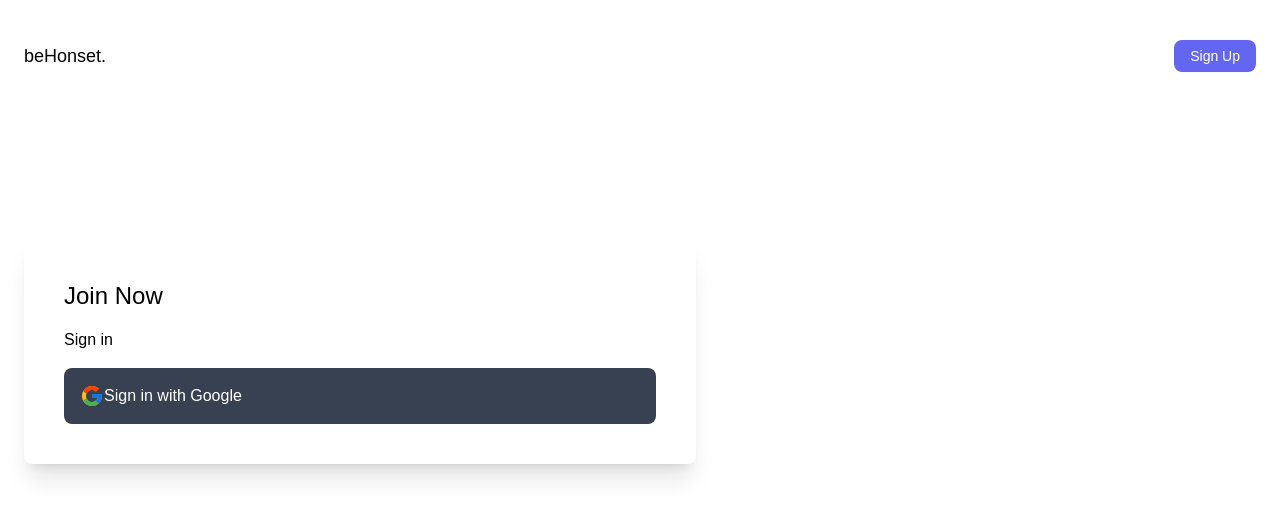
Repository: aidenfine/be-honset
Page: /login
An editor plug-in stored every save of this project. The page is shown before and after the next save, followed by the edit.
The browser window is 1280 px wide. The pictures show the whole page.
The page's requests for data from a server got no answer. The project was rebuilt for these pictures with package versions that can differ from the ones it lists, and the page was loaded fresh each time. The framework's server and built-in components were replaced by stand-ins that run in the browser. No one was signed in, and anything a server would have sent is missing. Also part of the build but not shown: next.config.js.

Above is the page before, as saved 2022-10-26 20:11:08.

### pages/_app.js
import '../styles/globals.css'
import Layout from '../components/layout'

function MyApp({ Component, pageProps }) {
  return(
    <Layout>
      <Component {...pageProps} />
    </Layout>

  )
}

export default MyApp

### pages/login.js
import { FcGoogle } from "react-icons/fc"
import { signInWithPopup, GoogleAuthProvider} from "firebase/auth"
import { auth } from "../utils/firebase";
import {useRouter} from "next/router"
import { useAuthState } from 'react-firebase-hooks/auth'
import { useEffect } from "react";






export default function Login(){
    const route = useRouter();
    const [user, loading] = useAuthState(auth);

    // Google Sign in

    const googleProvider = new GoogleAuthProvider();
    const GoogleLogin = async () => {
        try {
            const result = await signInWithPopup(auth, googleProvider)
            route.push("/")
            console.log("logged in")
        } catch (error) {
            console.log(error)

        }
    }

    useEffect(()=>{
        if(user){
            route.push('/');
        }else{
            console.log("login")
        }

    }, [user]);
    return(
        <div className="justify-center items-center shadow-xl md:max-w-2xl mt-32 p-10 text-black rounded-lg bg-white">
            <h2 className="text-2xl font-medium">Join Now</h2>
            <div>
                <h3 className="py-4">Sign in</h3>
                <button onClick={GoogleLogin} className="text-white bg-gray-700 w-full font font-medium rounded-lg flex align-middle p-4">
                    <FcGoogle className="text-2xl"/>
                    Sign in with Google
                </button>
            </div>
        </div>

    )
}

### styles/globals.css
@tailwind base;
@tailwind components;
@tailwind utilities;


* {
  font-family: 'Montserrat', sans-serif;

}

### components/layout.js
import Nav from "./Nav";

export default function Layout({ children }){
    return(
        <div className="mx-6 md:max-w-10xl md-mx-auto font-montserrat">
            <Nav />
            <main>{children}</main>
        </div>
    )
}

### utils/firebase.js
// Import the functions you need from the SDKs you need
import { initializeApp } from "firebase/app";
import {getAuth} from 'firebase/auth';
import {getFirestore} from 'firebase/firestore'
// TODO: Add SDKs for Firebase products that you want to use
// https://firebase.google.com/docs/web/setup#available-libraries

// Your web app's Firebase configuration
// For Firebase JS SDK v7.20.0 and later, measurementId is optional
const firebaseConfig = {
  apiKey: process.env.NEXT_PUBLIC_API_KEY,
  authDomain: process.env.NEXT_PUBLIC_AUTH_DOMAIN,
  projectId: process.env.NEXT_PUBLIC_PROJECT_ID,
  storageBucket: process.env.NEXT_PUBLIC_STORAGE_BUCKET,
  messagingSenderId: process.env.NEXT_PUBLIC_MESSAGING_SENDER_ID,
  appId: process.env.NEXT_PUBLIC_APP_ID,
  measurementId: process.env.NEXT_PUBLIC_MEASUREMENT_ID
};

// Initialize Firebase
const app = initializeApp(firebaseConfig);
export const auth = getAuth();
export const db = getFirestore(app);

### components/Nav.js
import Link from "next/link"
import { auth } from "../utils/firebase"
import { useAuthState } from "react-firebase-hooks/auth"

export default function Nav(){
    const [user, loading] = useAuthState(auth);

    return(
        <nav className="flex justify-between items-center py-10">
            <Link href="/">
            <button className="text-lg font-medium text-black opacity-87" >beHonset.</button>
            </Link>
            <ul className="flex items-center gap-10">
                {!user && (
                <Link href={"/login"} className="py-1.5 px-4 text-sm bg-indigo-500 text-white opacity-87 rounded-lg font-medium ml-8">Sign Up</Link>
            )}
            {user && (
                <div className="flex items-center gap-6">
                    <Link href="/new-post">
                    <button className="font-medium bg-indigo-500 text-white py-2 px-4 rounded-lg text-sm">Create Post</button>
                    </Link>
                    <Link href="/dashboard">
                        <img className="w-10 rounded-full cursor-pointer" referrerpolicy="no-referrer" src={user.photoURL} />

                    </Link>
                </div>
            )}
            </ul>



        </nav>
    )
}

### tailwind.config.js
/** @type {import('tailwindcss').Config} */
module.exports = {
  content: [
    "./pages/**/*.{js,ts,jsx,tsx}",
    "./components/**/*.{js,ts,jsx,tsx}",
  ],
  darkMode: 'class',
  theme: {
    extend: {
      fontFamily: {
        montserrat: 'Montserrat',
      }
    },
  },
  plugins: [],
}

After the next save:
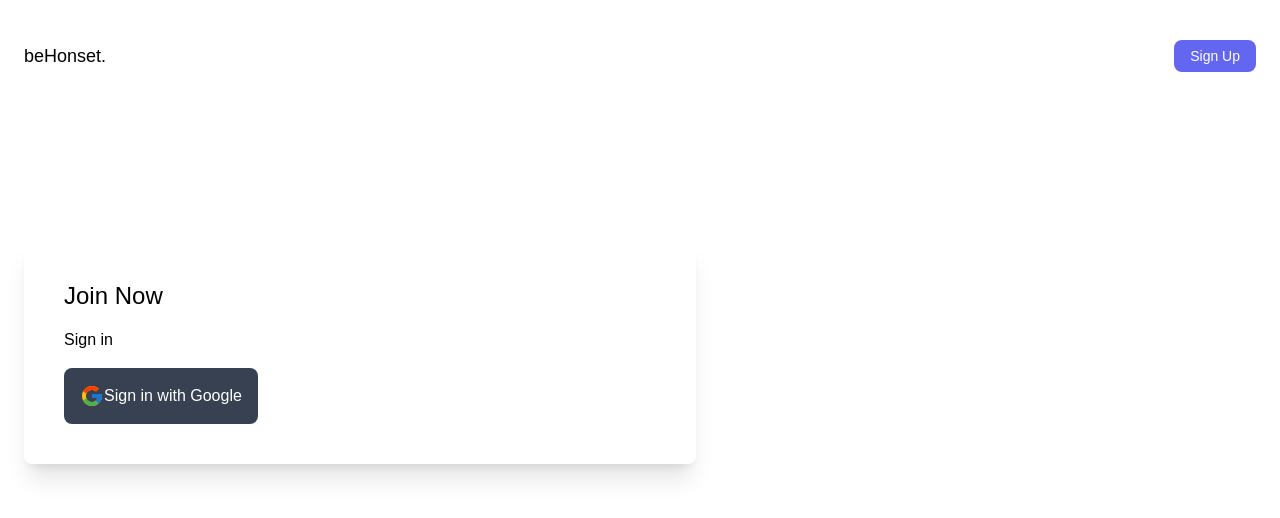
Saved 40 s later.
--- a/pages/login.js
+++ b/pages/login.js
@@ -41,7 +41,7 @@
             <h2 className="text-2xl font-medium">Join Now</h2>
             <div>
                 <h3 className="py-4">Sign in</h3>
-                <button onClick={GoogleLogin} className="text-white bg-gray-700 w-full font font-medium rounded-lg flex align-middle p-4">
+                <button onClick={GoogleLogin} className="text-white bg-gray-700  font font-medium rounded-lg flex align-middle p-4">
                     <FcGoogle className="text-2xl"/>
                     Sign in with Google
                 </button>
